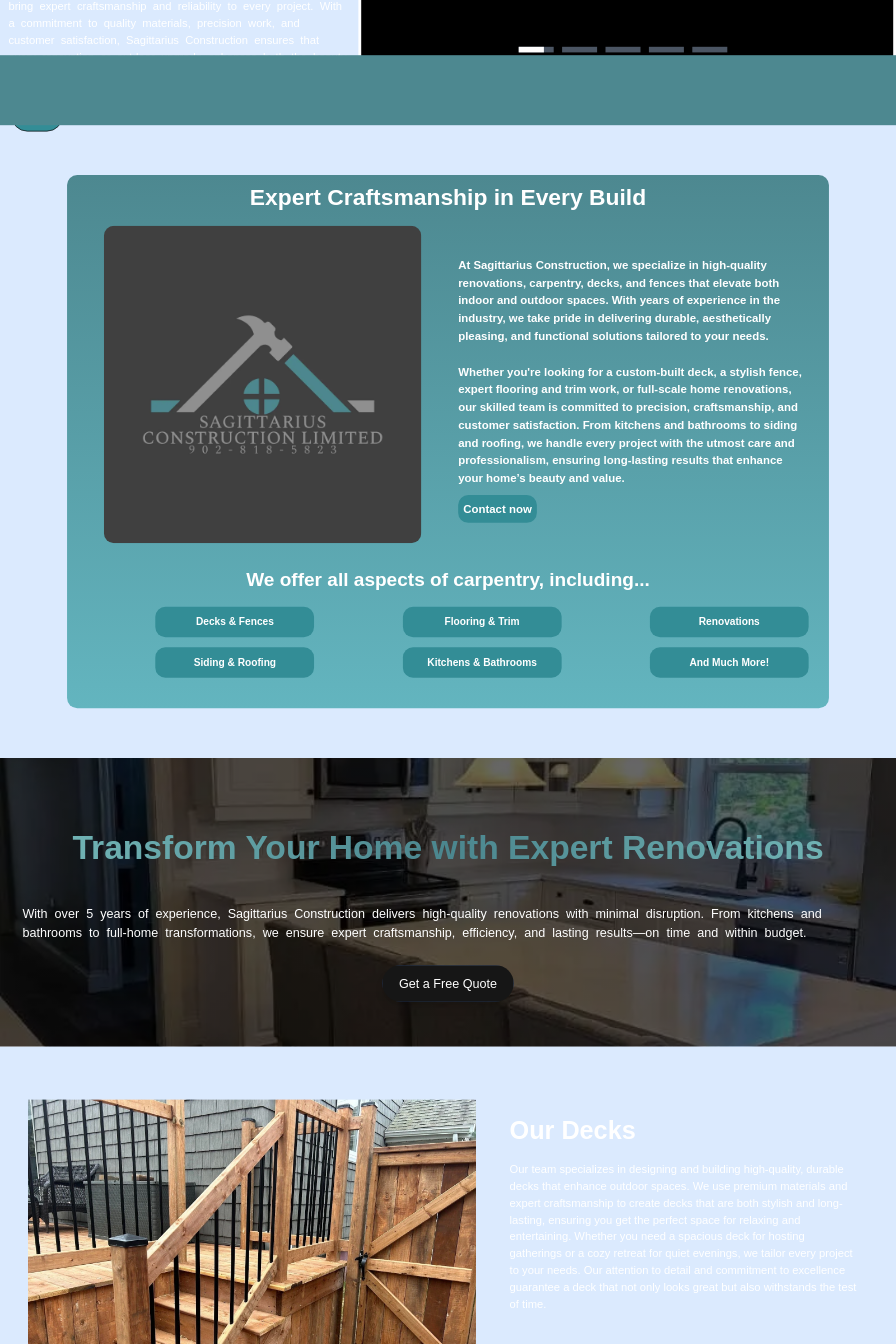
Repository: TMuse333/sagittarius
Page: / (app in frontend/)
The author's editor kept a copy of each file at every save. The page is drawn from the files as they stood at one save, then again after the next save.
The browser window is 1280 px wide. The pictures show the part of the page from y = 557 to 2477 px (the page is 9773 px tall before and 9857 px after), at 70% of full size.
The project was rebuilt for these pictures with package versions that can differ from the ones it lists, and the page was loaded fresh each time. The framework's server and built-in components were replaced by stand-ins that run in the browser. Also part of the build but not shown: frontend/next.config.ts.

Above is the page before, as saved 2025-03-17 19:38:33.

After the next save:
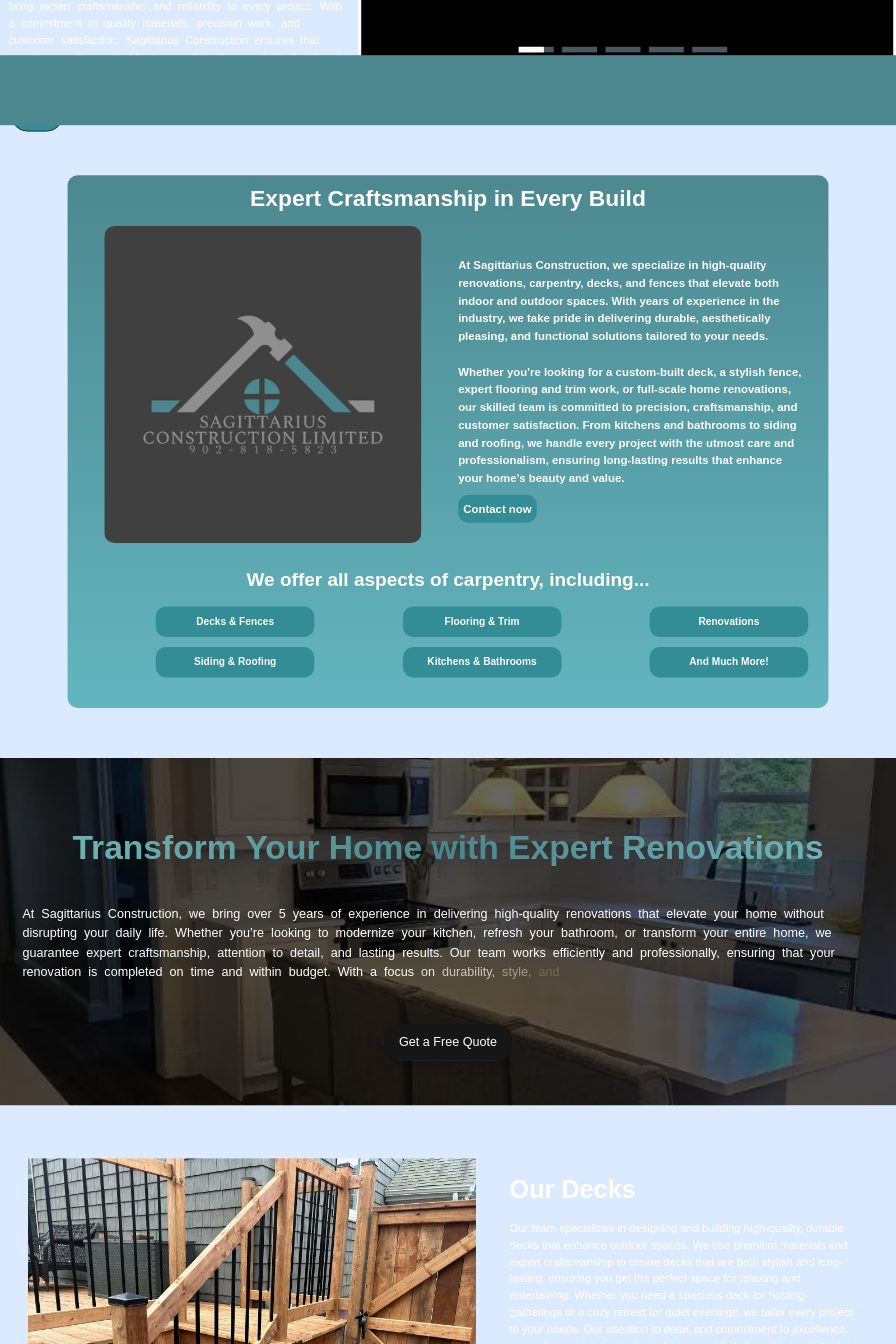
Saved 31 s later.
--- a/frontend/src/data/homeData.ts
+++ b/frontend/src/data/homeData.ts
@@ -43,8 +43,7 @@
 export const renovationIntro = {
   title: "Transform Your Home with Expert Renovations",
   description:
-  "With over 5 years of experience, Sagittarius Construction delivers high-quality renovations with minimal disruption. From kitchens and bathrooms to full-home transformations, we ensure expert craftsmanship, efficiency, and lasting results—on time and within budget.",
-
+    "At Sagittarius Construction, we bring over 5 years of experience in delivering high-quality renovations that elevate your home without disrupting your daily life. Whether you’re looking to modernize your kitchen, refresh your bathroom, or transform your entire home, we guarantee expert craftsmanship, attention to detail, and lasting results. Our team works efficiently and professionally, ensuring that your renovation is completed on time and within budget. With a focus on durability, style, and functionality, we create spaces that not only look incredible but also improve the way you live.",
   buttonText: "Get a Free Quote",
   buttonDestination: "/contact",
 };
